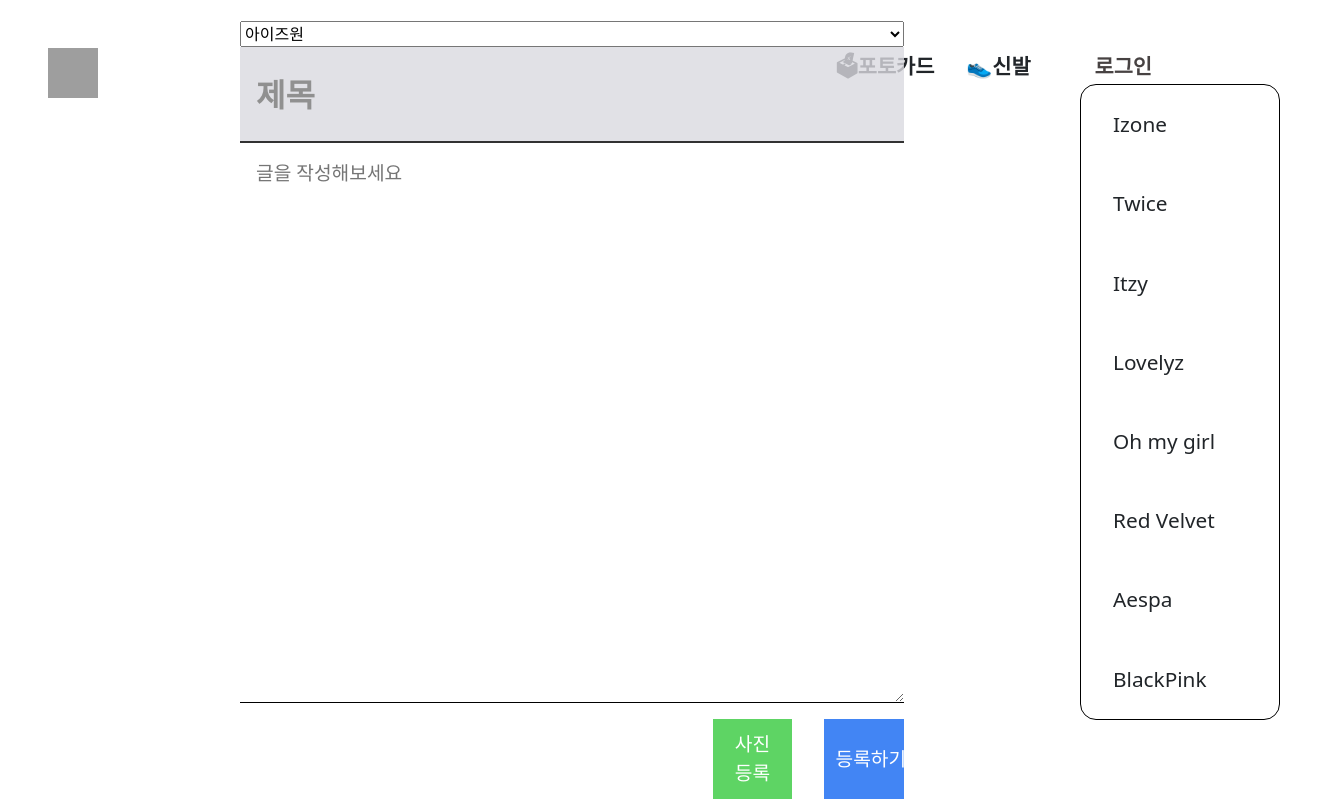
Repository: hwangstar156/goods-trader
Page: /write
An editor plug-in stored every save of this project. The page is shown before and after the next save, followed by the edit.
The browser window is 1280 px wide. The page is 1328 px wide, so the pictures cover 1328 px, including what lies to the right of the window. The pictures show the whole page.
Pictures or frames that could not be fetched are drawn as grey boxes. Some web libraries are served in a nearby version. The project was rebuilt for these pictures with package versions that can differ from the ones it lists, and the page was loaded fresh each time. Also part of the build but not shown: src/App.css, src/component/sign-up/sign-up.component.jsx, src/component/sign-in/sign-in.styles.scss, src/component/sign-in/sign-in.component.jsx, src/component/with-spinner/withSpinner.styles.scss, src/component/with-spinner/withSpinner.component.jsx, src/pages/userprofile/userprofile.styles.scss, src/pages/userprofile/userprofile.utils.js and 7 more.

Above is the page before, as saved 2021-09-05 17:52:47.

### public/index.html
<!DOCTYPE html>
<html lang="en">
  <head>
    <meta charset="utf-8" />
    <link rel="icon" href="%PUBLIC_URL%/favicon.ico" />
    <meta name="viewport" content="width=device-width, initial-scale=1" />
    <meta name="theme-color" content="#000000" />
    <meta
      name="description"
      content="Web site created using create-react-app"
    />
    <link rel="apple-touch-icon" href="%PUBLIC_URL%/logo192.png" />

    <link rel="manifest" href="%PUBLIC_URL%/manifest.json" />
    <script src="https://kit.fontawesome.com/08c91e1c0e.js" crossorigin="anonymous"></script>
    <title>Goods trader</title>
  </head>
  <body>
    <div id="root"></div>
  </body>
</html>

### src/index.js
import React from "react";
import ReactDOM from "react-dom";
import "./index.css";
import App from "./App";
import reportWebVitals from "./reportWebVitals";
import { BrowserRouter } from "react-router-dom";
import { PersistGate } from "redux-persist/integration/react";
import { store, persistor } from "./redux/store";
import { Provider } from "react-redux";
import "bootstrap/dist/css/bootstrap.min.css";
ReactDOM.render(
  <Provider store={store}>
    <BrowserRouter>
      <PersistGate persistor={persistor}>
        <App />
      </PersistGate>
    </BrowserRouter>
  </Provider>,

  document.getElementById("root")
);

// If you want to start measuring performance in your app, pass a function
// to log results (for example: reportWebVitals(console.log))
// or send to an analytics endpoint. Learn more: https://bit.ly/CRA-vitals
reportWebVitals();

### src/App.js
import "./App.css";
import { Switch, Route, Redirect } from "react-router-dom";
import SignUpPage from "./component/sign-up/sign-up.component";
import SignInPage from "./component/sign-in/sign-in.component";
import UserProfileContainer from "./pages/userprofile/userprofile.container";
import React, { useEffect } from "react";
import Header from "./component/header/header.component";
import HomePage from "./pages/homepage.component";
import { useDispatch, useSelector } from "react-redux";
import { selectCurrentUser } from "./redux/user/user.selector";
import { checkUserSession } from "./redux/user/user.action";
import WritePage from "./pages/write/write.pages";
const App = () => {
  const currentUser = useSelector(selectCurrentUser);
  const dispatch = useDispatch();

  useEffect(() => {
    dispatch(checkUserSession());
  }, [dispatch]);
  return (
    <>
      <Header />
      <Switch>
        <Route exact path="/" render={() => <HomePage />} />
        <Route exact path="/signup" component={SignUpPage} />
        <Route
          exact
          path="/signin"
          render={() => (currentUser ? <Redirect to="/" /> : <SignInPage />)}
        />
        <Route exact path="/profile" component={UserProfileContainer}></Route>
        <Route exact path="/write" component={WritePage}></Route>
      </Switch>
    </>
  );
};

export default App;

### src/redux/store.js
import { createStore, applyMiddleware } from "redux";
import logger from "redux-logger";
import { persistStore } from "redux-persist";
import rootReducer from "./root-redux";
import { composeWithDevTools } from "redux-devtools-extension";
import createSagaMiddleware from "redux-saga";
import rootSaga from "./root-saga";

const sagaMiddleware = createSagaMiddleware();
const middlewares = [logger, sagaMiddleware];

const store = createStore(
  rootReducer,
  composeWithDevTools(applyMiddleware(...middlewares))
);
sagaMiddleware.run(rootSaga);
const persistor = persistStore(store);

export { store, persistor };

### src/pages/userprofile/userprofile.container.jsx
import WithSpinner from "../../component/with-spinner/withSpinner.component";
import UserProfilePage from "./userprofile.pages";
import { compose } from "redux";
import { connect } from "react-redux";
import { createStructuredSelector } from "reselect";
import { selectUserFetching } from "../../redux/user/user.selector";

const mapStateToProps = createStructuredSelector({
  isLoading: selectUserFetching,
});

const UserProfileContainer = compose(
  connect(mapStateToProps),
  WithSpinner
)(UserProfilePage);

export default UserProfileContainer;

### src/component/header/header.component.jsx
import React from "react";
import ProfileIcon from "../userprofile/profileicon.component";
import { Link, useHistory } from "react-router-dom";
import "./header.styles.scss";
import { useSelector } from "react-redux";
import {
  selectCurrentUser,
  selectUserLoggedIn,
} from "../../redux/user/user.selector";

const Header = () => {
  const currentUser = useSelector(selectCurrentUser);
  const isLoggedIn = useSelector(selectUserLoggedIn);
  const history = useHistory();
  const handleLogoClick = () => {
    history.push("/");
  };

  return (
    <>
      <div className="header-container">
        <div className="logo" onClick={handleLogoClick}>
          <img
            src="https://www.freepnglogos.com/uploads/logo-website-png/logo-website-file-globe-icon-svg-wikimedia-commons-21.png"
            alt=""
            className="logo-img"
          />
        </div>
        <div className="header-element">
          {isLoggedIn ? (
            <Link className="header-write" to="/write">
              📝글쓰기
            </Link>
          ) : null}

          <div className="header-photocard">🗳포토카드</div>
          <div className="header-sneakers">👟신발</div>
          {currentUser ? (
            <ProfileIcon />
          ) : (
            <Link to="/signin" className="sign-in-btn">
              로그인
            </Link>
          )}
        </div>
      </div>
    </>
  );
};

export default Header;

### src/redux/user/user.selector.js
import { createSelector } from "reselect";

const selectUser = (state) => state.user;

export const selectCurrentUser = createSelector(
  [selectUser],
  (user) => user.currentUser
);

export const selectUserError = createSelector(
  [selectUser],
  (user) => user.error
);

export const selectUserFetching = createSelector(
  [selectUser],
  (user) => user.isFetching
);

export const selectUserLoggedIn = createSelector(
  [selectUser],
  (user) => user.isLoggedIn
);

### src/redux/user/user.action.js
import { UserActionTypes } from "./user.types";

export const googleSignInStart = () => ({
  type: UserActionTypes.GOOGLE_SIGN_IN_START,
});

export const emailSignInStart = (emailAndPassword) => ({
  type: UserActionTypes.EMAIL_SIGN_IN_START,
  payload: emailAndPassword,
});

export const signInSuccess = (user) => ({
  type: UserActionTypes.SIGN_IN_SUCCESS,
  payload: user,
});

export const signInFailure = (err) => ({
  type: UserActionTypes.SIGN_IN_FAILURE,
  payload: err,
});

export const checkUserSession = () => ({
  type: UserActionTypes.CHECK_USER_SESSION,
});

export const signOutStart = () => ({
  type: UserActionTypes.SIGN_OUT_START,
});

export const signOutSuccess = () => ({
  type: UserActionTypes.SIGN_OUT_SUCCESS,
});

export const signOutFailure = (err) => ({
  type: UserActionTypes.SIGN_OUT_FAILURE,
  payload: err,
});

export const signUpStart = (userObj) => ({
  type: UserActionTypes.SIGN_UP_START,
  payload: userObj,
});

export const signUpSuccess = ({ user, additionalData }) => ({
  type: UserActionTypes.SIGN_UP_SUCCESS,
  payload: { user, additionalData },
});

export const signUpFailure = (err) => ({
  type: UserActionTypes.SIGN_UP_FAILURE,
  payload: err,
});

export const refreshUserStart = () => ({
  type: UserActionTypes.REFRESH_USER_START,
});

export const refreshUserSuccess = (user) => ({
  type: UserActionTypes.REFRESH_USER_SUCCESS,
  payload: user,
});

export const refreshUserFailure = (err) => ({
  type: UserActionTypes.REFRESH_USER_FAILURE,
  payload: err,
});

### src/pages/write/write.pages.jsx
import React from "react";
import { useState } from "react";
import { useSelector } from "react-redux";
import { firestore, storageRef } from "../../firebase/firebase.utils";
import { selectCurrentUser } from "../../redux/user/user.selector";
import { v4 as uuidv4 } from "uuid";
import { useRef } from "react";
import MenuAside from "../../component/menu-aside/menu-aside.component";
import "github-markdown-css";
import "./write.styles.scss";
import { selectIdols } from "../../redux/idol/idol.selector";
const WritePage = () => {
  const imgRef = useRef(null);
  const currentUser = useSelector(selectCurrentUser);
  const idolCollection = useSelector(selectIdols);
  const [text, setText] = useState({
    headText: "",
    mainText: "",
  });
  const [file, setFile] = useState("");
  const { headText, mainText } = text;

  const onSubmit = async (e) => {
    e.preventDefault();
    let fileUrl = "";
    const fileRef = storageRef.child(`${currentUser.id}/${uuidv4()}`);
    const responce = await fileRef.put(file);

    console.log(responce);
    responce.ref.getDownloadURL().then((url) => {
      fileUrl = url;
      imgRef.current.src = url;
    });

    const writing = {
      headText,
      mainText,
      createAt: Date.now(),
      fileUrl,
    };
    firestore.collection("writings").add(writing);
    setFile("");
    setText({
      ...text,
      headText: "",
      mainText: "",
    });
  };

  const onChangeTextInput = (e) => {
    const name = e.target.name;
    setText({
      ...text,
      [name]: e.target.value,
    });
  };

  const onChangeFiles = (e) => {
    const theFile = e.target.files[0];
    if (!theFile) {
      return;
    }
    if (!theFile.type.match(/image.*/)) {
      return;
    }
    setFile(theFile);
  };

  const onChangeSelectIdol = (e) => {
    console.log(e.target.value);
  };

  return (
    <div className="write-container">
      <form onSubmit={onSubmit} className="inputs-form">
        <select
          name="idol"
          id="select-collection"
          onChange={onChangeSelectIdol}
        >
          {idolCollection.map(({ id, title }) => (
            <option key={id} value={title}>
              {title}
            </option>
          ))}
        </select>
        <input
          type="text"
          name="headText"
          className="head-input"
          value={headText}
          placeholder="제목"
          onChange={onChangeTextInput}
        />
        <textarea
          type="text"
          placeholder="글을 작성해보세요"
          className="main-input"
          name="mainText"
          value={mainText}
          onChange={onChangeTextInput}
        />
        <input
          type="file"
          accept="image/*"
          onChange={onChangeFiles}
          className="file-input"
        />
        <footer className="footer-element">
          <button type="button" className="file-btn">
            사진 등록
          </button>
          <input type="submit" className="submit-btn" value="등록하기" />
        </footer>
      </form>
      <MenuAside className="menu-aside" />
      <div className="image-preview">
        <img src="" alt="" ref={imgRef} />
      </div>
    </div>
  );
};

export default WritePage;

### src/redux/root-redux.js
import { combineReducers } from "redux";
import { persistReducer } from "redux-persist";
import storage from "redux-persist/lib/storage";
import idolReducer from "./idol/idol.reducer";
import userReducer from "./user/user.reducer";
const persistConfig = {
  key: "root",
  storage,
  whitelist: ["cart"],
};

const rootReducer = combineReducers({
  user: userReducer,
  idol: idolReducer,
});

export default persistReducer(persistConfig, rootReducer);

### src/redux/root-saga.js
import { all, call } from "redux-saga/effects";
import { userSagas } from "./user/user.saga";
export default function* rootSaga() {
  yield all([call(userSagas)]);
}

### src/component/sign-up/sign-up.styles.scss
@import url("https://fonts.googleapis.com/css2?family=Poppins&display=swap");
@import url("https://fonts.googleapis.com/css2?family=Jua&display=swap");

* {
  box-sizing: content-box;
  margin: 0;
}
.sign-up-page {
  width: 100%;
  height: 100vh;
  font-family: "Jua", sans-serif;
  & .form-input {
    display: flex;
    flex-direction: column;
    width: 35%;
    justify-content: center;
    margin: 0 auto;
    margin-top: 4rem;
    background-color: skyblue;
    padding: 3rem;
    border-radius: 1rem;

    & h3 {
      font-size: 2rem;
      text-align: center;
      color: black;
    }

    & .sign-up-input {
      margin-top: 2rem;
      height: 3rem;
      background-color: lightgray;
      border: 1px solid black;
      border-radius: 0.5rem;
      font-size: 1rem;
      letter-spacing: 0.1rem;
      padding-left: 1rem;
      &::placeholder {
        letter-spacing: normal;
        font-size: 80%;
        opacity: 1;
      }
    }
  }

  & .sign-up-title {
    display: flex;
    font-style: italic;
    padding-top: 3rem;
    font-size: 3em;

    color: tomato;
    justify-content: center;

    & strong {
      color: blue;
    }
  }

  & .submit-btn {
    width: 20%;
    margin: 4rem auto 0 auto;
    padding: 1rem;
    border-radius: 1.5rem;
    border: transparent;
    background-color: #4285f4;
    color: white;
    font-size: 1rem;

    &:hover {
      cursor: pointer;
      background-color: #357ae8;
    }
  }
}

### src/component/header/header.styles.scss
@import url("https://fonts.googleapis.com/css2?family=Jua&display=swap");

.header-container {
  display: flex;
  position: relative;
  left: 3rem;
  top: 3rem;
  & .logo-img {
    width: 50px;
    height: 50px;
    cursor: pointer;
  }

  & .header-element {
    display: flex;
    position: absolute;
    right: 11rem;
    font-size: 1.3rem;
    line-height: 40px;
    font-weight: 600;
    font-family: "Jua", sans-serif;

    & .header-write {
      text-decoration: none;
      color: rgb(71, 66, 66);
    }

    & .sign-in-btn {
      text-decoration: none;
      color: rgb(71, 66, 66);
    }
    & .header-write {
      margin-right: 2rem;
    }

    & .header-photocard {
      margin-right: 2rem;
    }

    & .header-sneakers {
      margin-right: 4rem;
    }
  }
}

### src/redux/user/user.types.js
export const UserActionTypes = {
  GOOGLE_SIGN_IN_START: "GOOGLE_SIGN_IN_START",
  EMAIL_SIGN_IN_START: "EMAIL_SIGN_IN_START",
  SIGN_IN_SUCCESS: "SIGN_IN_SUCCESS",
  SIGN_IN_FAILURE: "SIGN_IN_FAILURE",
  CHECK_USER_SESSION: "CHECK_USER_SESSION",
  SIGN_OUT_START: "SIGN_OUT_START",
  SIGN_OUT_SUCCESS: "SIGN_OUT_SUCCESS",
  SIGN_OUT_FAILURE: "SIGN_OUT_FAILURE",
  SIGN_UP_START: "SIGN_UP_START",
  SIGN_UP_SUCCESS: "SIGN_UP_SUCCESS",
  SIGN_UP_FAILURE: "SIGN_UP_FAILURE",
  CHANGE_USER_IMAGE: "CHANGE_USER_IMAGE",
  REFRESH_USER_START: "REFRESH_USER_START",
  REFRESH_USER_SUCCESS: "REFRESH_USER_REFRESH_USER_SUCCESS",
  REFRESH_USER_FAILURE: "REFRESH_USER_FAILURE",
};

### src/component/menu-aside/menu-aside.component.jsx
import React from "react";
import "./menu-aside.styles.scss";
const MenuAside = () => {
  return (
    <aside>
      <ul className="menu-aside">
        <li>Izone</li>
        <li>Twice</li>
        <li>Itzy</li>
        <li>Lovelyz</li>
        <li>Oh my girl</li>
        <li>Red Velvet</li>
        <li>Aespa</li>
        <li>BlackPink</li>
      </ul>
    </aside>
  );
};

export default MenuAside;

### src/pages/write/write.styles.scss
.write-container {
  height: 100vh;
  display: flex;
  justify-content: center;
  align-items: center;



  & .inputs-form {
    display: flex;
    flex-direction: column;
    margin-left: 15rem;
    margin-right: 6rem;
    width: 900px;
    & .head-input {
      height: 6rem;
      border: none;
      border-bottom: 2px solid black;
      background-color: rgb(218, 218, 224);
      opacity: 0.8;
      padding-left: 1rem;
      font-weight: 600;
      font-size: 2rem;
      &:focus {
        outline: none;
      }
    }

    & .main-input {
      border: none;
      border-bottom: 1px solid black;
      height: 35rem;
      padding: 1rem 0 0 1rem;
      font-size: 1.2rem;
      &:focus {
        outline: none;
      }
    }

     & .file-input{
         display: none;
     }
    & .footer-element{
        display: flex;
        & .file-btn{
            width: 12%;
            padding: 0.7rem;
            margin-left: auto;
            margin-top: 1rem;
            margin-right: 2rem;
            color: white;
            border: none;
            font-size: 1.2rem;
            background-color: #5ed464;
            &:hover{
                background-color: #45be4b;
            }
        }
        & .submit-btn{
            width: 12%;
            padding: 0.7rem;
            margin-top: 1rem;
            color: white;
            border: none;
            font-size: 1.2rem;
            background-color: #4285f4;
            &:hover{
                background-color: #357ae8;
            }
        }
    }
  }
}

### src/redux/idol/idol.selector.js
import { createSelector } from "reselect";

const selectIdol = (state) => state.idol;

export const selectIdols = createSelector(
  [selectIdol],
  (idol) => idol.sections
);

### src/redux/idol/idol.reducer.js
import idolData from "./idol.data";
import IdolTypeActions from "./idol.type";
const idolReducer = (state = idolData, action) => {
  switch (action.type) {
    case IdolTypeActions.CHANGE_IMAGE_SIZE:
      return {
        ...state,
        imageUrl: action.payload,
      };
    default:
      return state;
  }
};

export default idolReducer;

### src/redux/user/user.reducer.js
import { UserActionTypes } from "./user.types";

const INITIAL_STATE = {
  currentUser: null,
  error: null,
  isFetching: true,
  isLoggedIn: false,
};

const userReducer = (state = INITIAL_STATE, action) => {
  switch (action.type) {
    case UserActionTypes.REFRESH_USER_START:
    case UserActionTypes.CHECK_USER_SESSION:
      return {
        ...state,
        isFetching: true,
      };
    case UserActionTypes.REFRESH_USER_SUCCESS:
    case UserActionTypes.SIGN_IN_SUCCESS:
      return {
        ...state,
        currentUser: action.payload,
        error: null,
        isFetching: false,
        isLoggedIn: true,
      };
    case UserActionTypes.SIGN_OUT_SUCCESS:
      return {
        ...state,
        currentUser: null,
        error: null,
        isLoggedIn: false,
      };
    case UserActionTypes.REFRESH_USER_FAILURE:
    case UserActionTypes.SIGN_IN_FAILURE:
    case UserActionTypes.SIGN_OUT_FAILURE:
    case UserActionTypes.SIGN_UP_FAILURE:
      return {
        ...state,
        error: action.payload,
      };
    default:
      return state;
  }
};

export default userReducer;

### src/component/menu-aside/menu-aside.styles.scss
.menu-aside {
    list-style: none;
    min-width: 200px;
    margin-left: 5rem;
    border-radius: 1rem;
    border: 1px solid black;
    padding-left: 0;

    & li {
        margin-left: 0;
      padding: 1.5rem 0 1.5rem 2rem;
      font-size: 1.3rem;
      border-radius: 1rem;
      &:hover{
          background-color: rgb(169, 169, 255);
          color: white;
        cursor:pointer;
      }
    }
  }

### src/redux/idol/idol.data.js
const idolData = {
  sections: [
    {
      title: "아이즈원",
      imageUrl:
        "https://data.ygosu.com/editor/attach/20190226/20190226183618_zltermyq.png",
      id: 1,
      linkUrl: "collection/izone",
    },
    {
      title: "트와이스",
      imageUrl: "https://pbs.twimg.com/media/Cy3Wj-5UAAAnKhC.jpg",
      id: 2,
      linkUrl: "collection/twice",
    },
    {
      title: "itzy",
      imageUrl: "https://t1.daumcdn.net/cfile/tistory/998490455C7ABBF703",
      id: 3,
      linkUrl: "collection/itzy",
    },
    {
      title: "러블리즈",
      imageUrl: "https://pbs.twimg.com/media/DNoNIHMUEAAQRai.jpg:large",
      id: 4,
      linkUrl: "collection/lovelyz",
    },
    {
      title: "오마이걸",
      imageUrl:
        "https://blog.kakaocdn.net/dn/tegj9/btqyuFpCiAj/KCKVi3ABV1KA1duQLSm1c1/img.jpg",
      id: 5,
      linkUrl: "collection/omygirl",
    },
    {
      title: "레드벨벳",
      imageUrl:
        "https://blog.kakaocdn.net/dn/bvtVxD/btqMfhWcXgE/anTtVfo6r12XiVNOLuhlkK/img.png",
      id: 6,
      linkUrl: "collection/redvelvet",
    },
    {
      title: "에스파",
      imageUrl: "https://pbs.twimg.com/media/Er64LL-VQAA708Y.jpg",
      id: 7,
      linkUrl: "collection/aespa",
    },
    {
      title: "블랙핑크",
      imageUrl:
        "https://www.wallpapertip.com/wmimgs/96-966442_blackpink-hd.jpg",
      id: 8,
      linkUrl: "collection/blackpink",
    },
  ],
};

export default idolData;

### src/redux/idol/idol.type.js
const IdolTypeActions = {
  CHANGE_IMAGE_SIZE: "CHANGE_IMAGE_SIZE",
};

export default IdolTypeActions;

### src/menu-item/menu-item.styles.scss
* {
  box-sizing: content-box;
  margin: 0;
}

.menu-item {
  overflow: hidden;
  min-width: 30%;
  &:hover {
    cursor: pointer;

    & .background-image {
      transform: scale(1.04);
      transition: transform 2s cubic-bezier(0.25, 0.45, 0.45, 0.95);

      & .content {
        opacity: 0.9;
      }
    }
  }
  & .background-image {
    position: relative;
    height: 700px;

    background-size: cover;
    background-repeat: no-repeat;
    background-position: center;

    & .content {
      position: absolute;
      width: 7.5rem;
      height: 7.5rem;
      display: flex;
      flex-direction: column;
      align-items: center;
      justify-content: center;
      border: 1px solid black;
      top: 50%;
      left: 50%;
      background-color: white;
      opacity: 0.7;
      transform: translate(-50%, -50%);
      border-radius: 0.5rem;
      & .title {
        font-weight: bold;
        margin: 0 3px 0;
        font-size: 20px;
        color: #4a4a4a;
        font-family: sans-serif;
      }
    }
  }
}

Loaded but not shown: src/index.css (common file); src/reportWebVitals.js (common file); src/redux/user/user.saga.js (119 lines, source omitted); src/firebase/firebase.utils.js (87 lines, source omitted)

After the next save:
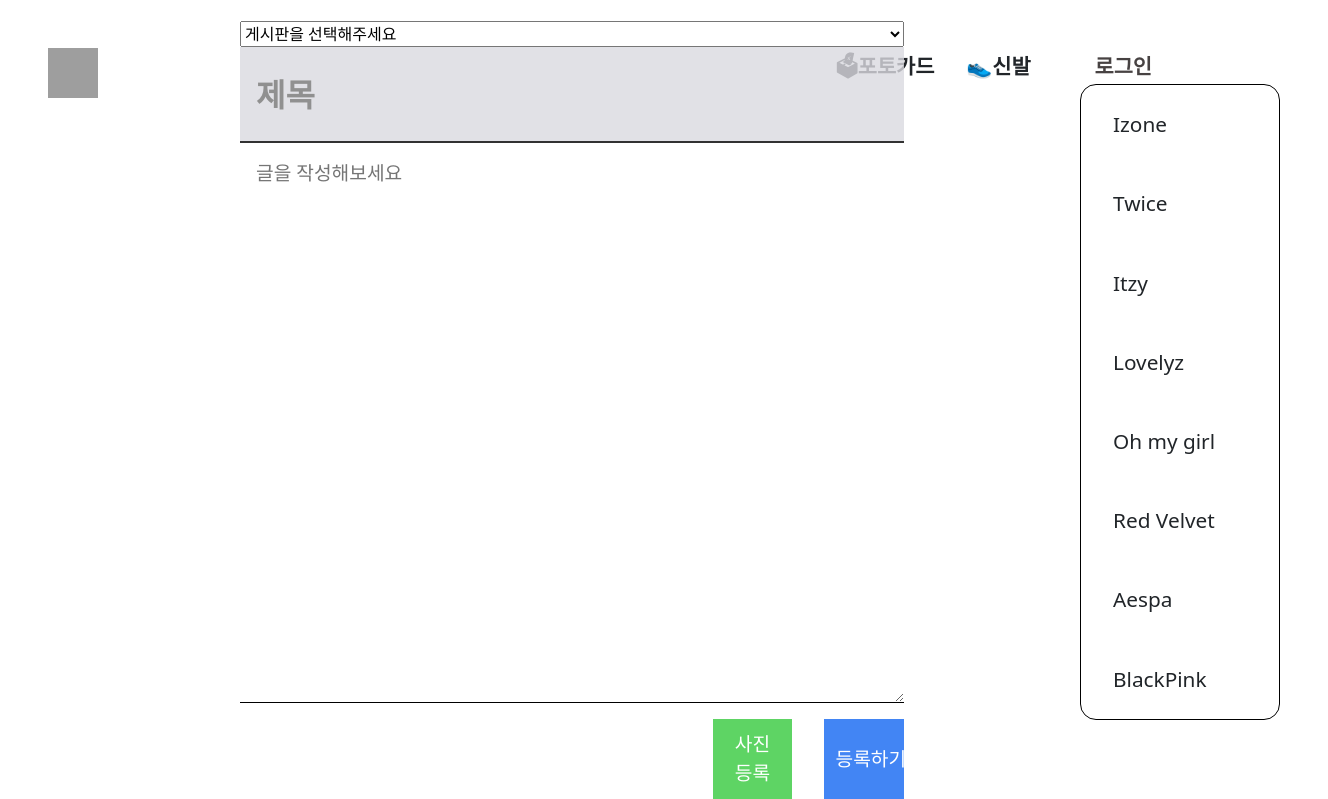
Saved 89 s later.
--- a/src/pages/write/write.pages.jsx
+++ b/src/pages/write/write.pages.jsx
@@ -66,9 +66,7 @@ const WritePage = () => {
     setFile(theFile);
   };
 
-  const onChangeSelectIdol = (e) => {
-    console.log(e.target.value);
-  };
+  const onChangeSelectIdol = (e) => {};
 
   return (
     <div className="write-container">
@@ -78,6 +76,9 @@ const WritePage = () => {
           id="select-collection"
           onChange={onChangeSelectIdol}
         >
+          <option value="value" selected>
+            게시판을 선택해주세요
+          </option>
           {idolCollection.map(({ id, title }) => (
             <option key={id} value={title}>
               {title}
